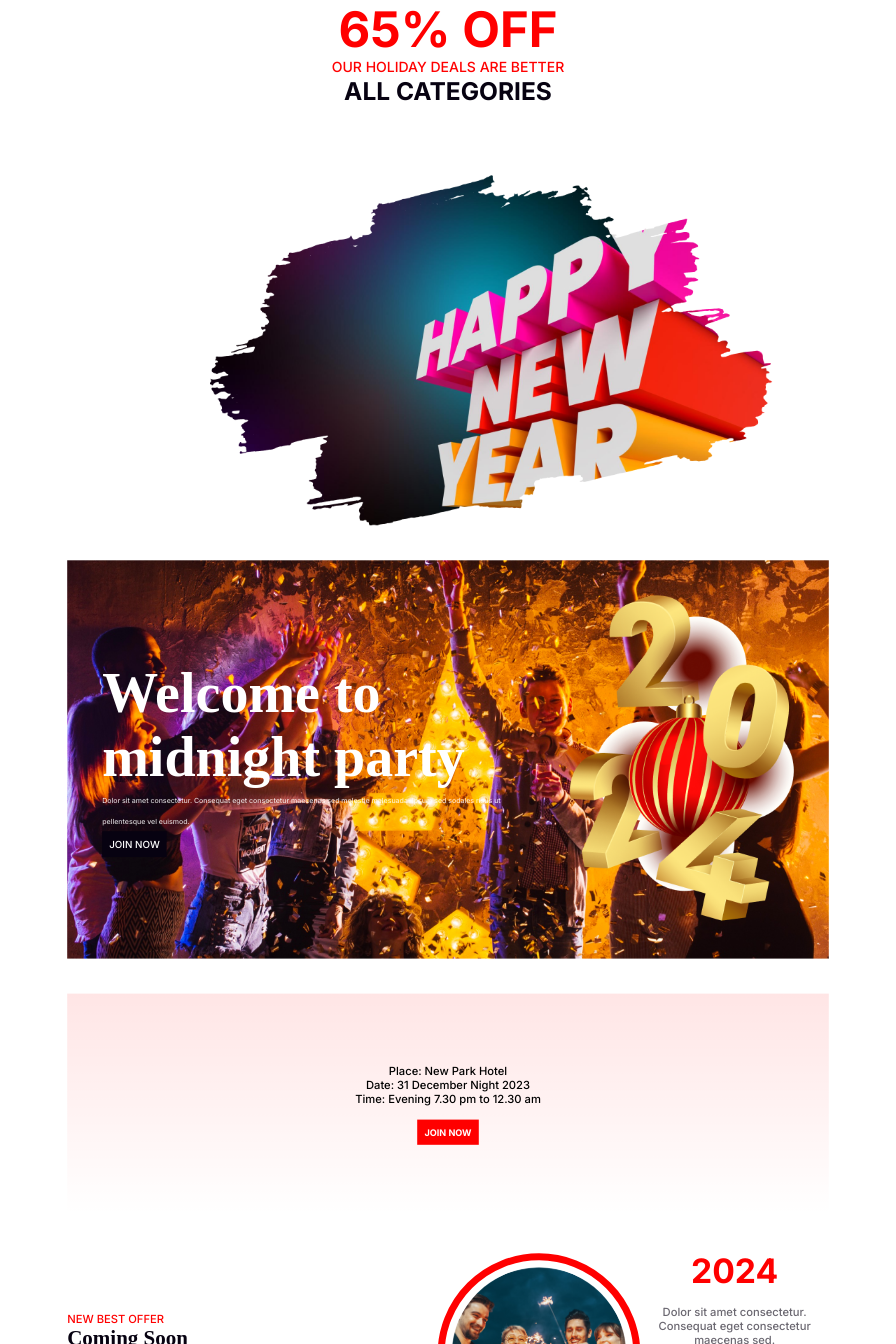
Repository: sumonkumarsarkar/new-year-2024
Page: index.html
These files come from the project's save history. The page is drawn as it stood at one moment and after the next save; the edit follows.
The browser window is 1280 px wide. The pictures show the part of the page from y = 649 to 2569 px (the page is 5500 px tall), at 70% of full size.

Above is the page before, as saved 2024-01-08 17:46:43.

After the next save:
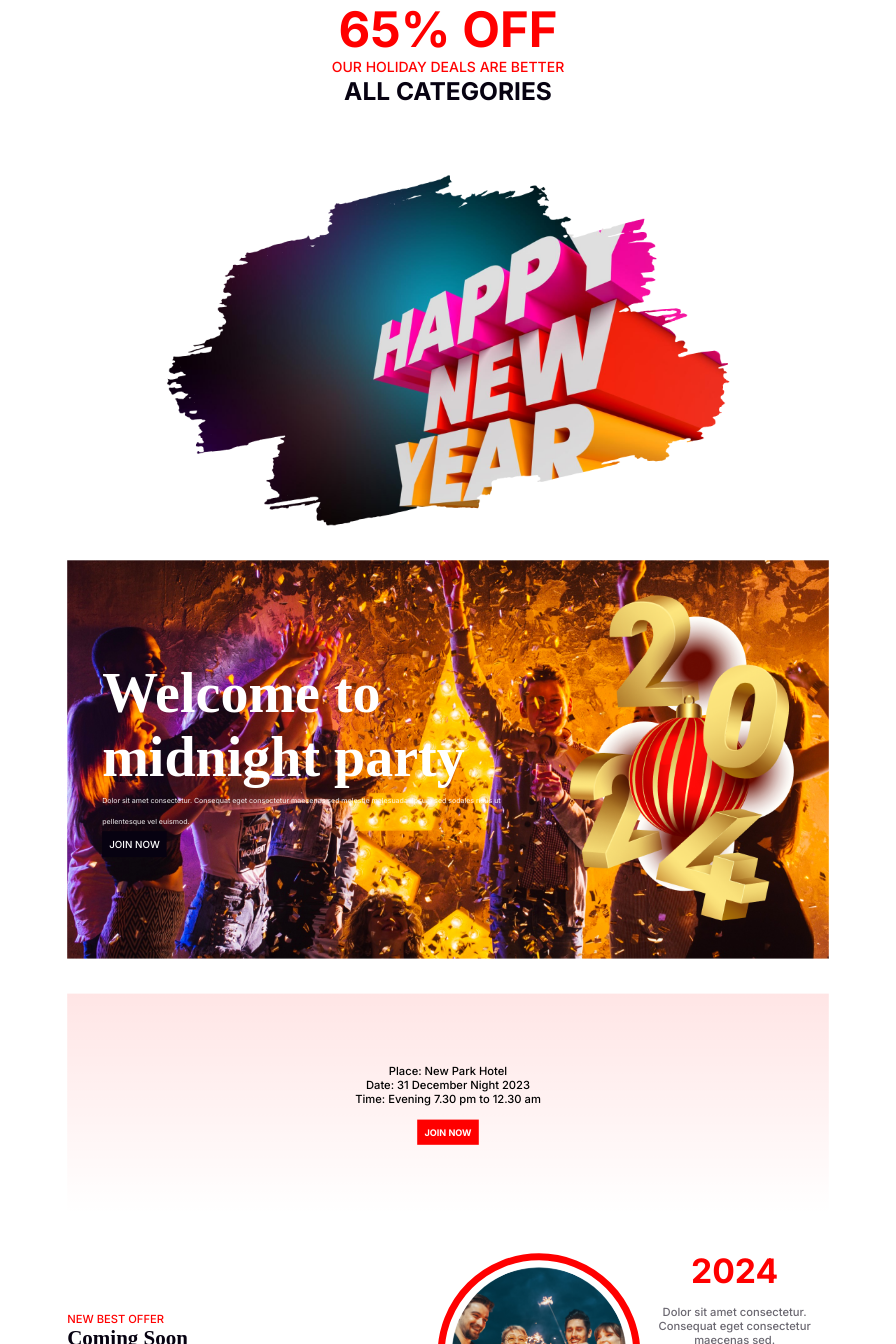
Saved 47 s later.
--- a/style.css
+++ b/style.css
@@ -299,7 +299,11 @@ span{
     color: #f00;
 }
 
-
+.holiday-img{
+    display: flex;
+    align-items: center;
+    align-items: center;
+}
 
 
 
